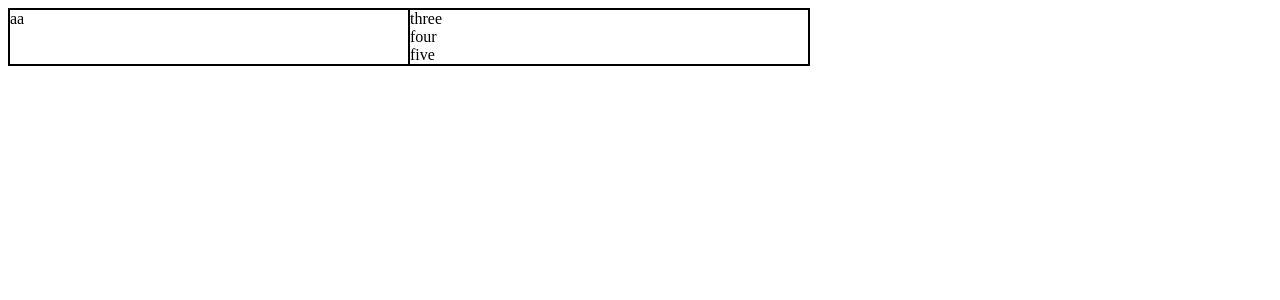
Repository: kpavankumaar/online_uk_class
Page: flex.html
These files come from the project's save history. The page is drawn as it stood at one moment and after the next save; the edit follows.
The browser window is 1280 px wide. The pictures show the whole page.

Above is the page before, as saved 2022-01-12 14:36:23.

After the next save:
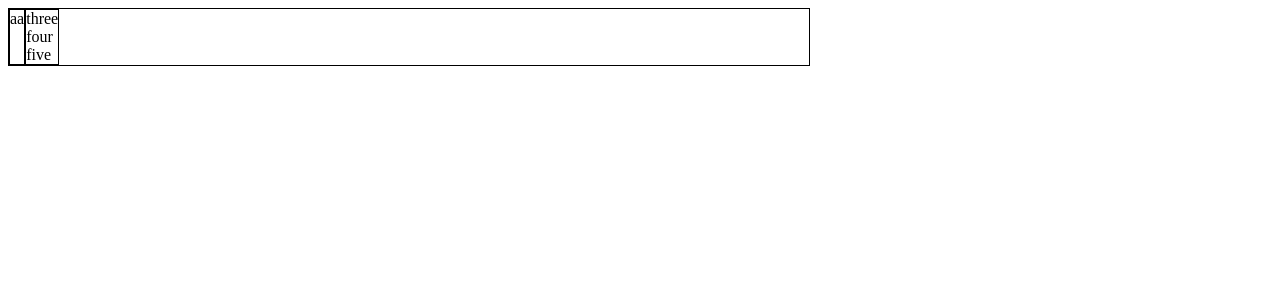
Saved 41 s later.
--- a/flex.html
+++ b/flex.html
@@ -25,15 +25,15 @@
         }
         .box1{
             /* flex-grow:1; */
-            flex-grow: 1;
-            flex-basis:200px;
+            /* flex-grow: 1;
+            flex-basis:200px; */
         }
         .box2{
 
         }
         .box3{
-            flex-grow: 1;
-            flex-basis: 200px;
+            /* flex-grow: 1;
+            flex-basis: 200px; */
         }
     </style>
 </head>
